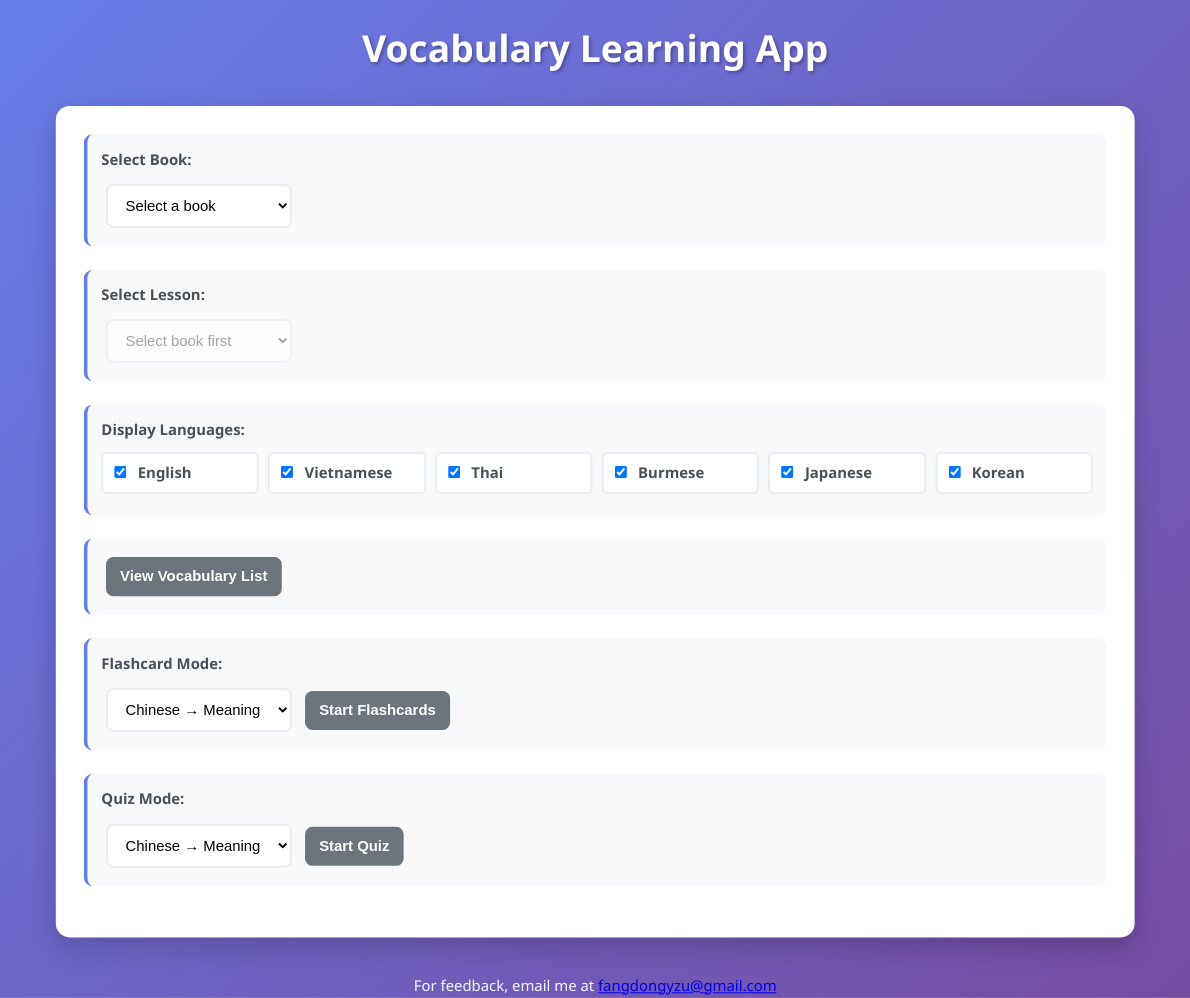
Repository: fangdongyzu/dangdaiflashcards
Page: index.html
These files come from the project's save history. The page is drawn as it stood at one moment and after a run of saves; the edit follows.
The browser window is 1280 px wide. The pictures show the whole page, at 93% of full size.

Above is the page before, as saved 2025-11-28 09:55:33.

After the next 3 saves:
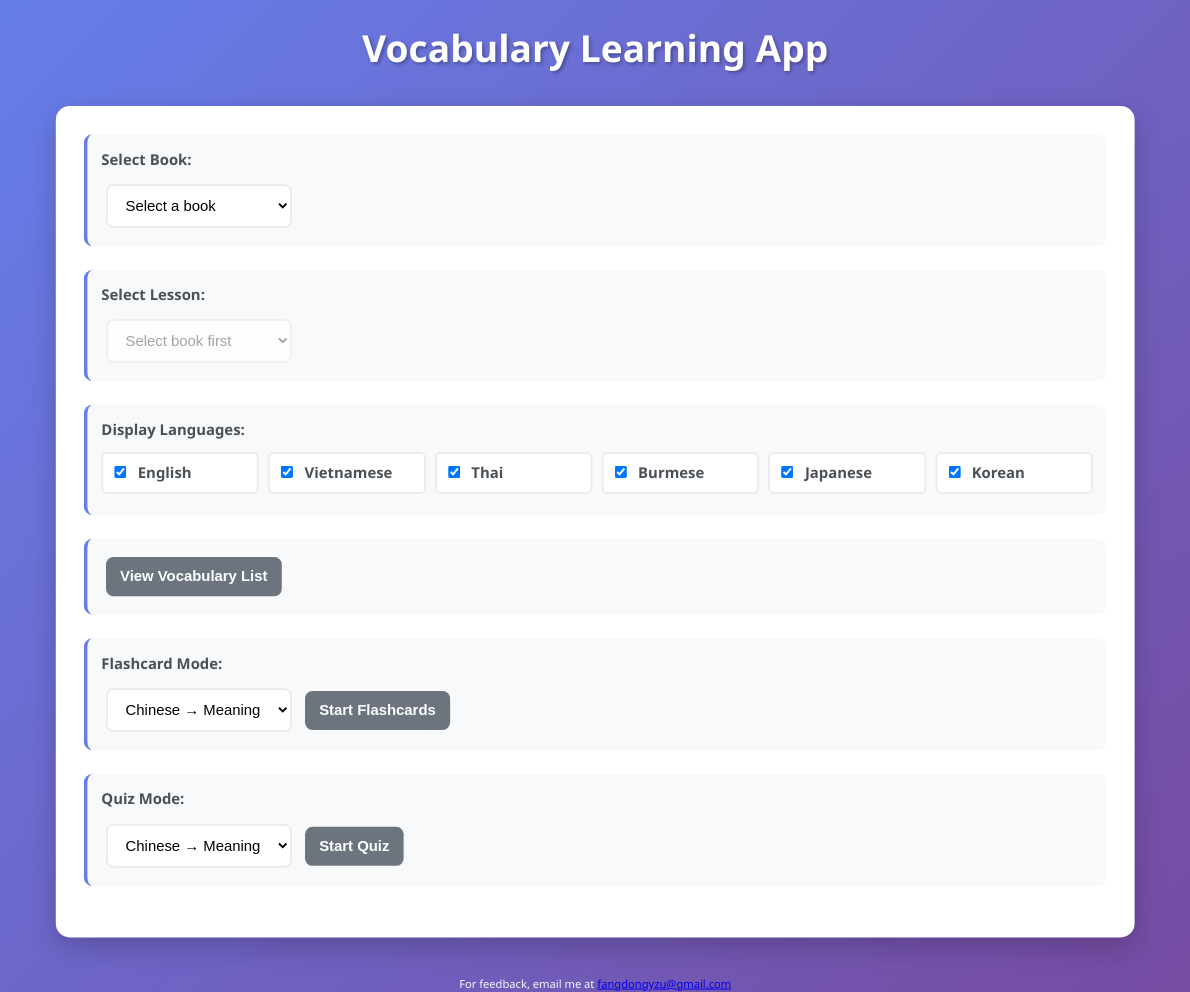
The 3 saves are shown as one change because they came seconds apart.
The last was saved 12 s later.
--- a/index.html
+++ b/index.html
@@ -177,7 +177,7 @@
 
     <script src="script.js"></script>
 </body>
-<footer style="text-align: center; color: aliceblue;">
+<footer style="text-align: center; color: aliceblue;font-size: 12px;">
     For feedback, email me at <a href="mailto:fangdongyzu@gmail.com">fangdongyzu@gmail.com</a>
 </footer>
 </html>

After the 3 saves that followed:
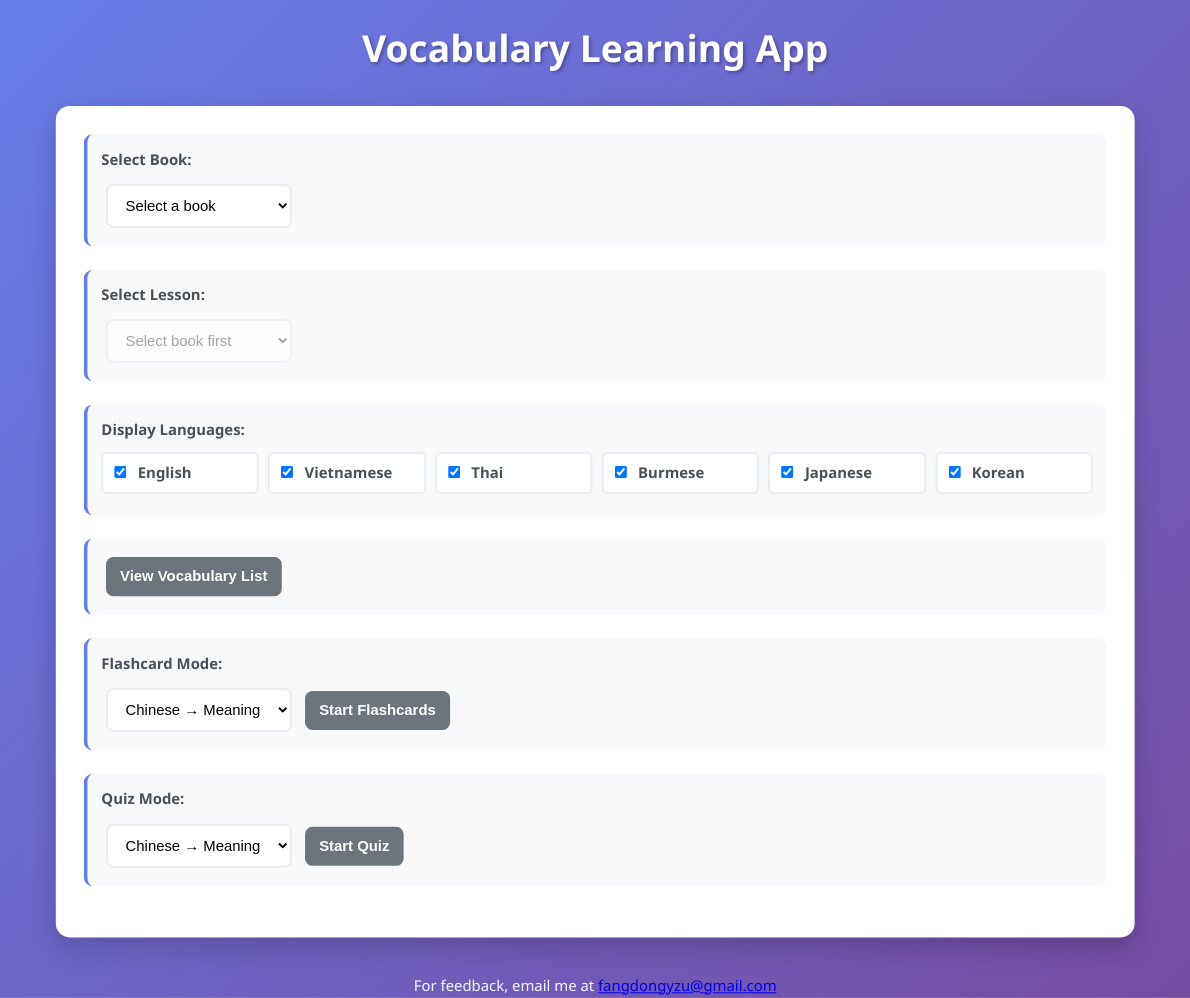
The 3 saves are shown as one change because they came seconds apart.
The last was saved 7 s later.
--- a/index.html
+++ b/index.html
@@ -177,7 +177,7 @@
 
     <script src="script.js"></script>
 </body>
-<footer style="text-align: center; color: aliceblue;font-size: 12px;">
+<footer style="text-align: center; color: aliceblue;font-size: 1em;">
     For feedback, email me at <a href="mailto:fangdongyzu@gmail.com">fangdongyzu@gmail.com</a>
 </footer>
 </html>
